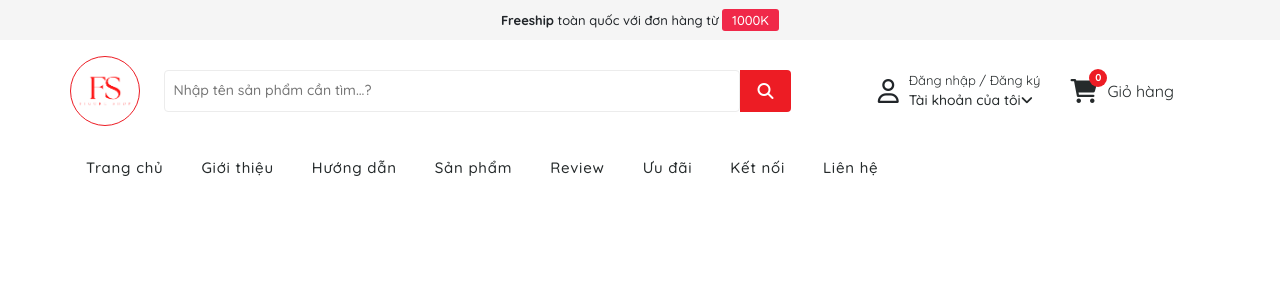
Repository: hayashi13597/ES6_ASM
Page: ASM1/index.html
These files come from the project's save history. The page is drawn as it stood at one moment and after the next save; the edit follows.
The browser window is 1280 px wide. The pictures show the whole page.
The style sheet was rebuilt from its Sass, Less or Tailwind sources for each picture, by a compiler version that may differ from the author's.

Above is the page before, as saved 2023-01-11 16:19:20.

After the next save:
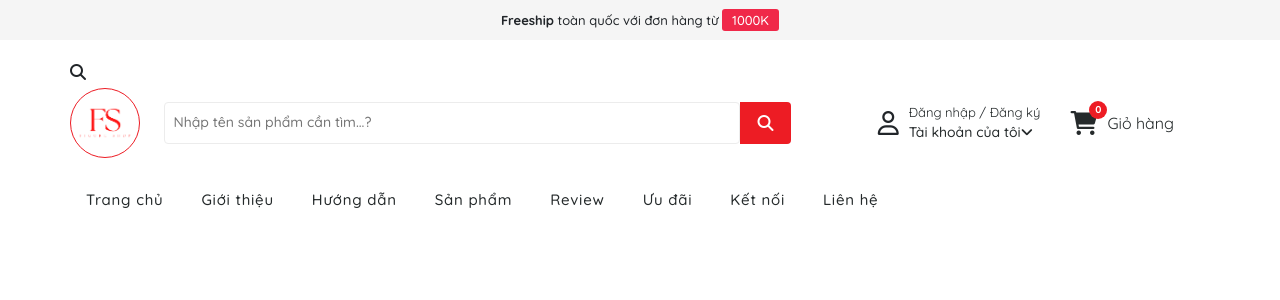
Saved 78 s later.
--- a/ASM1/index.html
+++ b/ASM1/index.html
@@ -39,6 +39,7 @@
       </div>
       <div class="container">
         <div class="row header-middle">
+          <div class="navbar"><i class="fa-solid fa-magnifying-glass"></i></div>
           <a href="index.html" class="col-1 header-middle--logo"
             ><img src="img/jewelry.png" alt=""
           /></a>

After the save that followed:
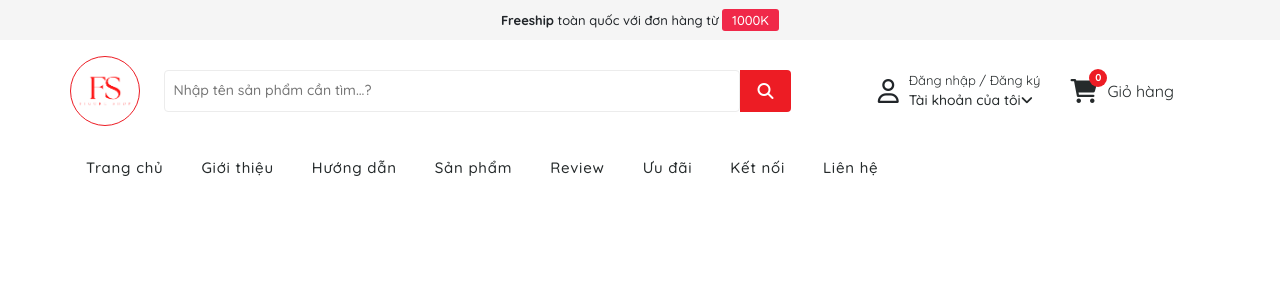
Saved 25 s later.
--- a/ASM1/index.html
+++ b/ASM1/index.html
@@ -39,7 +39,9 @@
       </div>
       <div class="container">
         <div class="row header-middle">
-          <div class="navbar"><i class="fa-solid fa-magnifying-glass"></i></div>
+          <div class="navbar d-lg-none">
+            <i class="fa-solid fa-magnifying-glass"></i>
+          </div>
           <a href="index.html" class="col-1 header-middle--logo"
             ><img src="img/jewelry.png" alt=""
           /></a>
